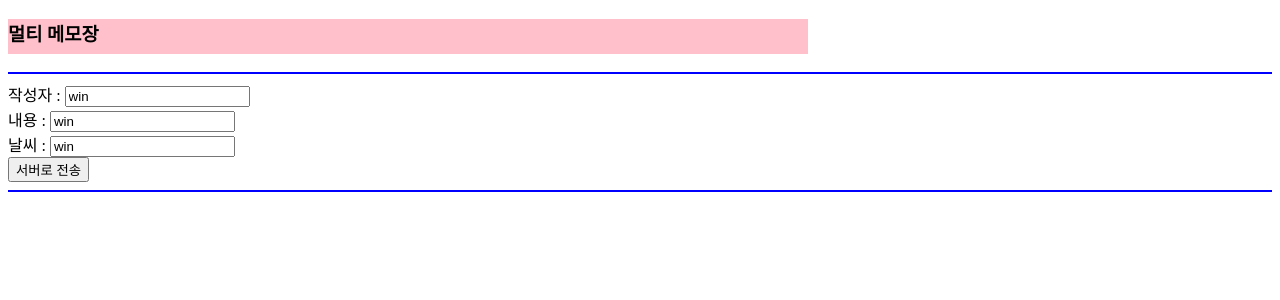
Repository: JayMon0327/Multicampus
Page: http://localhost/SpringMongoDB/mongo_memo.jsp
An editor plug-in stored every save of this project. The page is shown before and after the next save, followed by the edit.
The browser window is 1280 px wide. The pictures show the whole page.
The page is served by Tomcat 9. Nobody is signed in. The application's start-up code is not run.

Above is the page before, as saved 2022-12-15 00:39:53.

After the next save:
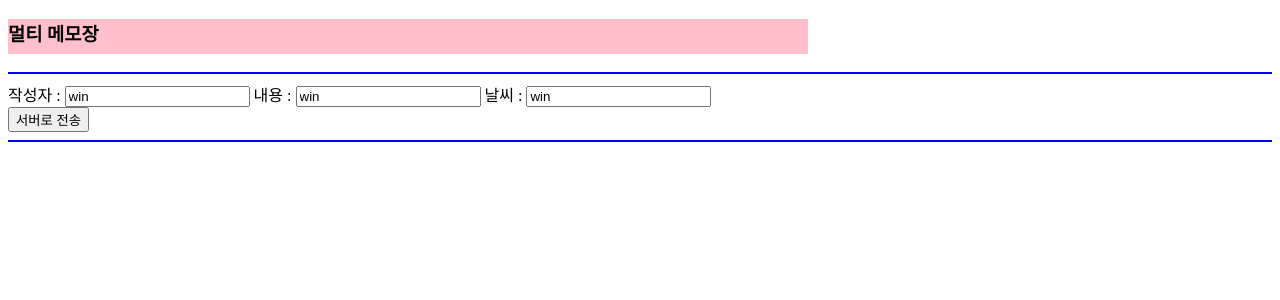
Saved 14 s later.
--- a/SpringMongoDB/src/main/webapp/mongo_memo.jsp
+++ b/SpringMongoDB/src/main/webapp/mongo_memo.jsp
@@ -17,8 +17,8 @@
 <h3>멀티 메모장</h3>
 <hr color="blue">
 	<form action="insert.memo">
-		작성자 : <input name="name" value="win"><br>
-		내용 : <input name="content" value="win"><br>
+		작성자 : <input name="name" value="win">
+		내용 : <input name="content" value="win">
 		날씨 : <input name="weather" value="win"><br>
 		<button>서버로 전송</button>
 	</form>
